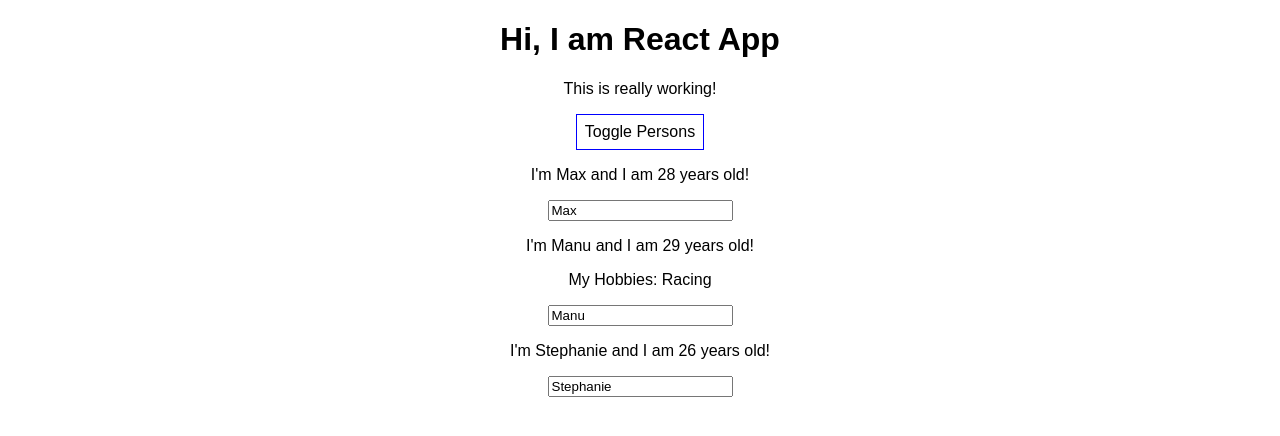
Repository: AbdulMutaal/React-Complete-Guide
Page: /
The author's editor kept a copy of each file at every save. The page is drawn from the files as they stood at one save, then again after the next save.
The browser window is 1280 px wide. The pictures show the whole page.
The project was rebuilt for these pictures with package versions that can differ from the ones it lists, and the page was loaded fresh each time.

Above is the page before, as saved 2021-11-28 18:31:34.

### src/App.js
import React, { Component } from 'react';
import './App.css';
import Person from './Person/Person';

class App extends Component {
  state = {
    persons: [
      {name: 'Max', age: 28},
      {name: 'Manu', age: 29},
      {name: 'Stephanie', age: 26}
    ],
    othersState: 'some other value',
    personsState: false
  }

  switchNameHandler = () => {
    this.setState( {
      persons: [
        {name: 'Maximilian', age: 28},
        {name: 'Manu', age: 29},
        {name: 'Stephanie', age: 27}
      ]
    });
  };

  nameChangedHandler = (event) => {
    this.setState( {
      persons: [
        { name: 'Max', age: 28},
        { name: event.target.value, age: 29},
        { name: 'Stephanie', age: 26 }
      ]
    } )
  }

  togglePersons = () => {
    let tempPersonsState = this.state.personsState;
    this.setSttate({personsState: !tempPersonsState});
  }

  render () {
    const style = {
      backgroundColor: 'white',
      font: 'inherit',
      border: '1px solid blue',
      padding: '8px',
      cursor: 'pointer'
    };

    return (
      <div className="App">
        <h1>Hi, I am React App</h1>
        <p>This is really working!</p>
        <button
          style={style}
          onClick={this.togglePersons}>
            Toggle Persons
          </button>
        <Person
          name={this.state.persons[0].name}
          age={this.state.persons[0].age}
          />
        <Person
          name={this.state.persons[1].name}
          age={this.state.persons[1].age}
          click={this.switchNameHandler.bind(this, 'Max!')}
          changed={this.nameChangedHandler}>My Hobbies: Racing</Person>
        <Person
          name={this.state.persons[2].name}
          age={this.state.persons[2].age}
          />
      </div>
    );
  }
}

export default App;

### src/Person/Person.js
import React from 'react';

const Person = props => {
    return(
        <div>
            <p onClick={props.click}>I'm {props.name} and I am {props.age} years old!</p>
            <p>{props.children}</p>
            <input type='text' onChange={props.changed} value={props.name} />
        </div>
    );
}

export default Person;

Loaded but not shown: public/index.html (common file); src/index.js (common file); src/index.css (common file); src/registerServiceWorker.js (common file); src/App.css (common file)

After the next save:
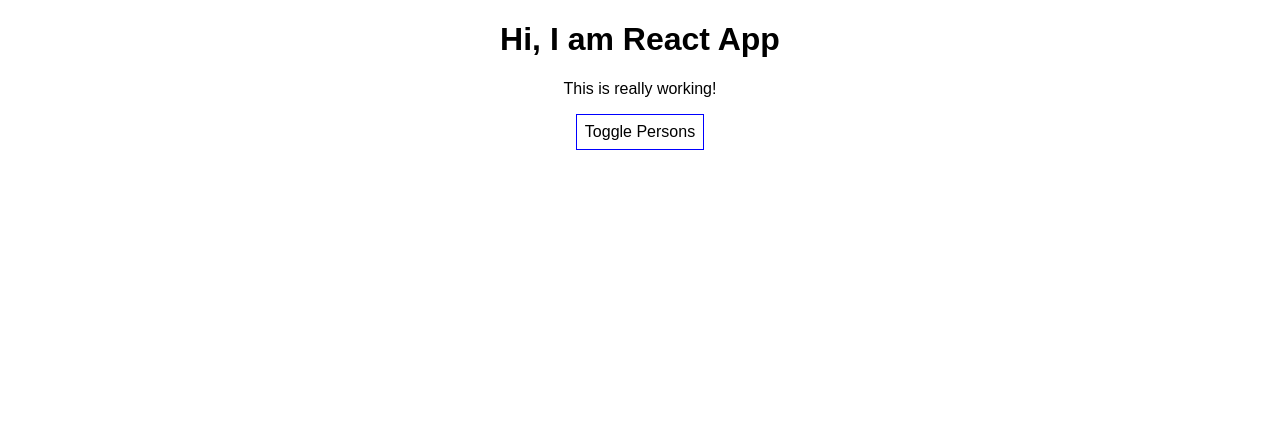
Saved 67 s later.
--- a/src/App.js
+++ b/src/App.js
@@ -56,19 +56,22 @@ class App extends Component {
           onClick={this.togglePersons}>
             Toggle Persons
           </button>
-        <Person
+        { this.state.personsState ?
+          <div>
+          <Person
           name={this.state.persons[0].name}
           age={this.state.persons[0].age}
           />
-        <Person
-          name={this.state.persons[1].name}
-          age={this.state.persons[1].age}
-          click={this.switchNameHandler.bind(this, 'Max!')}
-          changed={this.nameChangedHandler}>My Hobbies: Racing</Person>
-        <Person
-          name={this.state.persons[2].name}
-          age={this.state.persons[2].age}
-          />
+          <Person
+            name={this.state.persons[1].name}
+            age={this.state.persons[1].age}
+            click={this.switchNameHandler.bind(this, 'Max!')}
+            changed={this.nameChangedHandler}>My Hobbies: Racing</Person>
+          <Person
+            name={this.state.persons[2].name}
+            age={this.state.persons[2].age}
+            />
+        </div> : null}
       </div>
     );
   }
